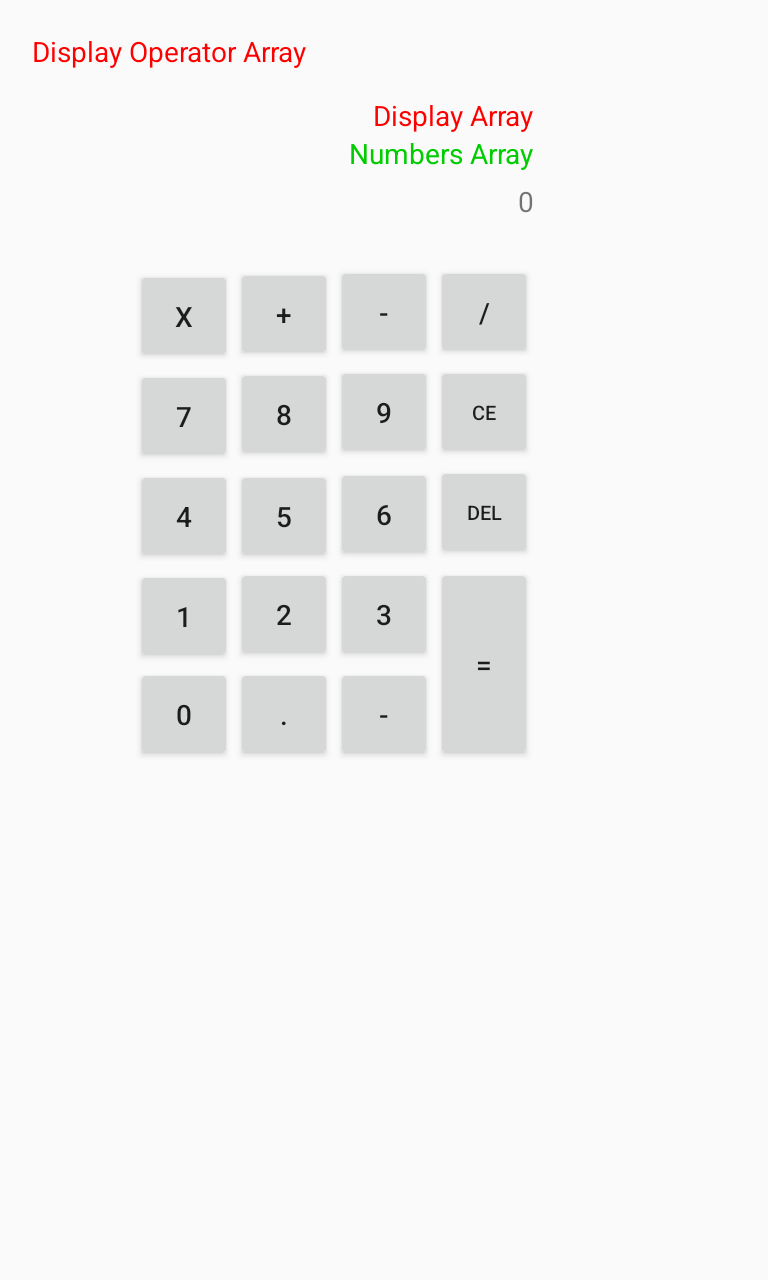
Repository: expensivecow/Calculator
Layout: Calculator_Implementation/res/layout/activity_main.xml
These files come from the project's save history. The layout is drawn as it stood at one moment and after the next save; the edit follows.
It is drawn on a 768 x 1280 px phone screen (xhdpi) without system bars, with theme AppTheme; the app's code is not run.

Above is the layout before, as saved 2014-10-09 03:45:04.

### Calculator_Implementation/res/layout/activity_main.xml
<RelativeLayout xmlns:android="http://schemas.android.com/apk/res/android"
    xmlns:tools="http://schemas.android.com/tools"
    android:layout_width="match_parent"
    android:layout_height="match_parent"
    android:paddingBottom="@dimen/activity_vertical_margin"
    android:paddingLeft="@dimen/activity_horizontal_margin"
    android:paddingRight="@dimen/activity_horizontal_margin"
    android:paddingTop="@dimen/activity_vertical_margin"
    tools:context="com.example.calculator_implementation.MainActivity" >

    <TextView
        android:id="@+id/DisplayResult"
        android:layout_alignParentTop="true"
        android:layout_alignRight="@+id/bDiv"
        android:layout_marginTop="75dp"
        android:layout_width="wrap_content"
        android:layout_height="wrap_content"
        android:text="@string/initialvalue" />

    <Button
        android:id="@+id/bDiv"
        android:layout_width="50dp"
        android:layout_height="50dp"
        android:layout_alignTop="@+id/bSub"
        android:layout_toRightOf="@+id/bSub"
        android:text="@string/divoperator"
        />

    <Button
        android:id="@+id/bAdd"
        android:layout_width="50dp"
        android:layout_height="50dp"
        android:layout_alignBaseline="@+id/bSub"
        android:layout_alignBottom="@+id/bSub"
        android:layout_toLeftOf="@+id/bSub"
        android:text="@string/addoperator"
        />

    <Button
        android:id="@+id/bSub"
        android:layout_width="50dp"
        android:layout_height="50dp"
        android:layout_below="@+id/DisplayResult"
        android:layout_centerHorizontal="true"
        android:layout_marginTop="21dp"
        android:text="@string/suboperator"
        />

    <Button
        android:id="@+id/bMul"
        android:layout_width="50dp"
        android:layout_height="50dp"
        android:layout_alignBaseline="@+id/bAdd"
        android:layout_alignBottom="@+id/bAdd"
        android:layout_toLeftOf="@+id/bAdd"
        android:text="@string/muloperator" />

    <Button
        android:id="@+id/bEight"
        android:layout_width="50dp"
        android:layout_height="50dp"
        android:layout_below="@+id/bAdd"
        android:layout_toLeftOf="@+id/bSub"
        android:text="@string/eight" />

    <Button
        android:id="@+id/bNine"
        android:layout_width="50dp"
        android:layout_height="50dp"
        android:layout_below="@+id/bDiv"
        android:layout_toLeftOf="@+id/bDiv"
        android:text="@string/nine" />

    <Button
        android:id="@+id/bSeven"
        android:layout_width="50dp"
        android:layout_height="50dp"
        android:layout_alignLeft="@+id/bMul"
        android:layout_below="@+id/bMul"
        android:text="@string/seven" />

    <Button
        android:id="@+id/bSix"
        android:layout_width="50dp"
        android:layout_height="50dp"
        android:layout_below="@+id/bEight"
        android:layout_toRightOf="@+id/bEight"
        android:text="@string/six" />

    <Button
        android:id="@+id/bFive"
        android:layout_width="50dp"
        android:layout_height="50dp"
        android:layout_alignBaseline="@+id/bSix"
        android:layout_alignBottom="@+id/bSix"
        android:layout_toRightOf="@+id/bSeven"
        android:text="@string/five" />

    <Button
        android:id="@+id/bFour"
        android:layout_width="50dp"
        android:layout_height="50dp"
        android:layout_alignLeft="@+id/bSeven"
        android:layout_below="@+id/bSeven"
        android:text="@string/four" />

    <Button
        android:id="@+id/bTwo"
        android:layout_width="50dp"
        android:layout_height="50dp"
        android:layout_below="@+id/bSix"
        android:layout_toLeftOf="@+id/bSix"
        android:text="@string/two" />

    <Button
        android:id="@+id/bZero"
        android:layout_width="50dp"
        android:layout_height="50dp"
        android:layout_alignLeft="@+id/bFour"
        android:layout_below="@+id/bTwo"
        android:layout_toLeftOf="@+id/bTwo"
        android:text="@string/zero" />

    <Button
        android:id="@+id/bThree"
        android:layout_width="50dp"
        android:layout_height="50dp"
        android:layout_above="@+id/bZero"
        android:layout_toLeftOf="@+id/bDiv"
        android:text="@string/three" />

    <Button
        android:id="@+id/bOne"
        android:layout_width="50dp"
        android:layout_height="50dp"
        android:layout_below="@+id/bFive"
        android:layout_toLeftOf="@+id/bFive"
        android:text="@string/one" />

    <Button
        android:id="@+id/bEqual"
        android:layout_width="50dp"
        android:layout_height="50dp"
        android:layout_alignBottom="@+id/bDecimal"
        android:layout_alignLeft="@+id/bDiv"
        android:layout_below="@+id/bSix"
        android:text="@string/equaloperator" />

    <TextView
        android:id="@+id/DisplayArray"
        android:layout_width="wrap_content"
        android:layout_height="wrap_content"
        android:layout_alignParentTop="true"
        android:layout_alignRight="@+id/DisplayResult"
        android:layout_marginTop="32dp"
        android:text="@string/DisplayArray"
        android:textColor="#FF0000" />
    TODO
    <TextView
        android:id="@+id/DisplayOperator"
        android:layout_width="wrap_content"
        android:layout_height="wrap_content"
        android:text="@string/DisplayOperator"
        android:textColor="#FF0000" />

    <Button
        android:id="@+id/bDecimal"
        android:layout_width="50dp"
        android:layout_height="50dp"
        android:layout_below="@+id/bTwo"
        android:layout_toLeftOf="@+id/bThree"
        android:text="@string/decimal" />

    <Button
        android:id="@+id/bNegative"
        android:layout_width="50dp"
        android:layout_height="50dp"
        android:layout_below="@+id/bThree"
        android:layout_toLeftOf="@+id/bEqual"
        android:text="@string/negative" />

    <Button
        android:id="@+id/bClear"
        android:textSize="10dp"
        android:layout_width="50dp"
        android:layout_height="50dp"
        android:layout_alignLeft="@+id/bDiv"
        android:layout_below="@+id/bDiv"
        android:text="@string/clearoperator" />

    <Button
        android:id="@+id/bDel"
        android:textSize="10dp"
        android:layout_width="50dp"
        android:layout_height="50dp"
        android:layout_alignLeft="@+id/bClear"
        android:layout_below="@+id/bClear"
        android:text="@string/deleteoperator" />

    <TextView
        android:id="@+id/DisplayNumbers"
        android:layout_width="wrap_content"
        android:layout_height="wrap_content"
        android:layout_alignRight="@+id/DisplayResult"
        android:layout_below="@+id/DisplayArray"
        android:textColor="#00CC00"
        android:text="@string/NumberList" />

</RelativeLayout>

### Calculator_Implementation/res/values/strings.xml
<?xml version="1.0" encoding="utf-8"?>
<resources>

    <string name="app_name">Calculator_Implementation</string>
    <string name="hello_world">Hello world!</string>
    <string name="action_settings">Settings</string>
    <string name="addoperator">+</string>
    <string name="suboperator">-</string>
    <string name="muloperator">x</string>
    <string name="divoperator">/</string>
    <string name="initialvalue">0</string>
    <string name="one">1</string>
    <string name="two">2</string>
    <string name="three">3</string>
    <string name="four">4</string>
    <string name="five">5</string>
    <string name="six">6</string>
    <string name="seven">7</string>
    <string name="eight">8</string>
    <string name="nine">9</string>
    <string name="Operators">Operator Queue</string>
    <string name="decimal">.</string><string name="zero">0</string>

    <string name="negative">-</string>
    <string name="equaloperator">=</string>
    <string name="deleteoperator">DEL</string>
    <string name="clearoperator">CE</string>
    <string name="DisplayArray">Display Array</string>
    <string name="NumberList">Numbers Array</string>
    <string name="DisplayOperator">Display Operator Array</string>

</resources>

Loaded but not shown: Calculator_Implementation/res/values/styles.xml (common file); Calculator_Implementation/res/values-v11/styles.xml (common file); Calculator_Implementation/res/values-v14/styles.xml (common file); Calculator_Implementation/res/values/dimens.xml (common file); Calculator_Implementation/res/values-w820dp/dimens.xml (common file)

After the next save:
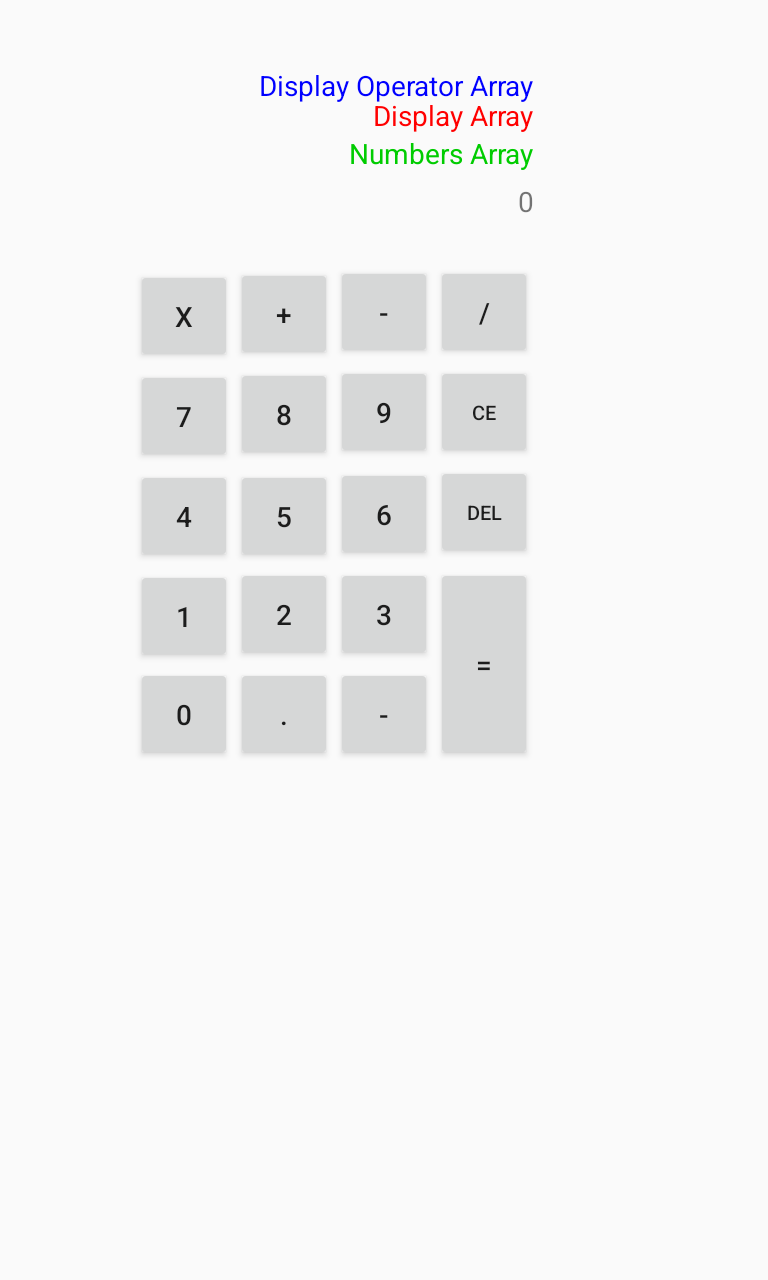
Saved 43 s later.
--- a/Calculator_Implementation/res/layout/activity_main.xml
+++ b/Calculator_Implementation/res/layout/activity_main.xml
@@ -156,12 +156,7 @@
         android:text="@string/DisplayArray"
         android:textColor="#FF0000" />
     TODO
-    <TextView
-        android:id="@+id/DisplayOperator"
-        android:layout_width="wrap_content"
-        android:layout_height="wrap_content"
-        android:text="@string/DisplayOperator"
-        android:textColor="#FF0000" />
+
 
     <Button
         android:id="@+id/bDecimal"
@@ -206,4 +201,14 @@
         android:textColor="#00CC00"
         android:text="@string/NumberList" />
 
+    <TextView
+        android:id="@+id/DisplayOperator"
+        android:layout_width="wrap_content"
+        android:layout_height="wrap_content"
+        android:layout_alignBottom="@+id/DisplayArray"
+        android:layout_alignRight="@+id/DisplayArray"
+        android:layout_marginBottom="15dp"
+        android:text="@string/DisplayOperator"
+        android:textColor="#0000FF" />
+
 </RelativeLayout>
